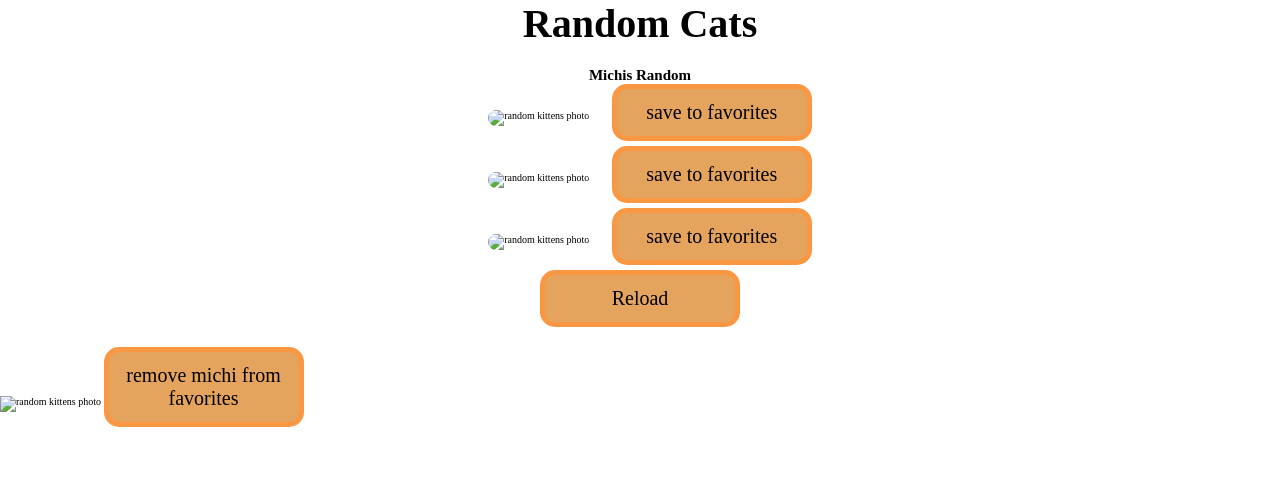
Repository: elto82/ConsumoAPIRESTjs
Page: index.html
The author's editor kept a copy of each file at every save. The page is drawn from the files as they stood at one save, then again after the next save.
The browser window is 1280 px wide. The pictures show the whole page.
The page's requests for data from a server got no answer.

Above is the page before, as saved 2022-07-02 20:11:19.

### index.html
<!DOCTYPE html>
<html lang="en">

<head>
  <meta charset="UTF-8">
  <meta http-equiv="X-UA-Compatible" content="IE=edge">
  <meta name="viewport" content="width=device-width, initial-scale=1.0">
  <title>Random Cats</title>
  <link rel="stylesheet" href="style.css">
</head>

<body>
  <header>
    <h1>Random Cats</h1>
  </header>
  <section id="randomMichis" class="container">
    <h2>Michis Random</h2>
    <article>
      <img id="img1" alt="random kittens photo" class="image">
      <button class="random-cat-button" onclick="reload()">save to favorites</button>
    </article>
    <article>
      <img id="img2" alt="random kittens photo" class="image">
      <button class="random-cat-button" onclick="reload()">save to favorites</button>
    </article>
    <article>
      <img id="img3" alt="random kittens photo" class="image">
      <button class="random-cat-button" onclick="reload()">save to favorites</button>
    </article>
    <button class="random-cat-button" onclick="reload()">Reload</button>
  </section>
  <section id="favoritesMichis">
    <article>
      <img id="img3" alt="random kittens photo" class="image">
      <button class="random-cat-button" onclick="reload()">remove michi from favorites</button>
    </article>
  </section>
  <script src="./main.js"></script>
</body>

</html>

### style.css
* {
  box-sizing: border-box;
  margin: 0px;
  padding: 0px;
}
html {
  font-size: 62.5%;
}
body {
  font-family: 'Square Peg', cursive;
}
header {
  display: flex;
  justify-content: center;
}
h1 {
  font-size: 4rem;
}
.container {
  display: flex;
  flex-direction: column;
  justify-content: center;
  place-items: center;
  padding: 20px;
}
.container .image {
  border-radius: 20px;
  margin: 20px;
  width: 80%;
  height: auto;
}
.random-cat-button {
  align-items: center;
  background-color: rgb(228, 164, 94);
  border: 5px solid rgb(249, 151, 66);
  border-radius: 15px;
  cursor: pointer;
  font-family: 'Pacifico', cursive;
  font-size: 2rem;
  padding: 12px;
  width: 200px;
  height: auto;
}
.random-cat-button:hover {
  border: 5px solid rgb(228, 164, 94);
  background-color: rgb(227, 141, 67);
}

### main.js
/*--------------------------------------------- endpoint
const API_URL = "https://api.thecatapi.com/v1/images/search"; */
/* --------------------------------------------------------query parameters */
const API_URL = "https://api.thecatapi.com/v1/images/search?limit=3&api_key=11fb4c78-96c8-403c-b282-b8c4d38b4b60";

async function reload() {
  const res = await fetch(API_URL);
  const data = await res.json();

  console.log(data);
  const img1 = document.getElementById("img1");
  const img2 = document.getElementById("img2");
  const img3 = document.getElementById("img3");

  img1.src = data[0].url;
  img2.src = data[1].url;
  img3.src = data[2].url;
}
reload();

After the next save:
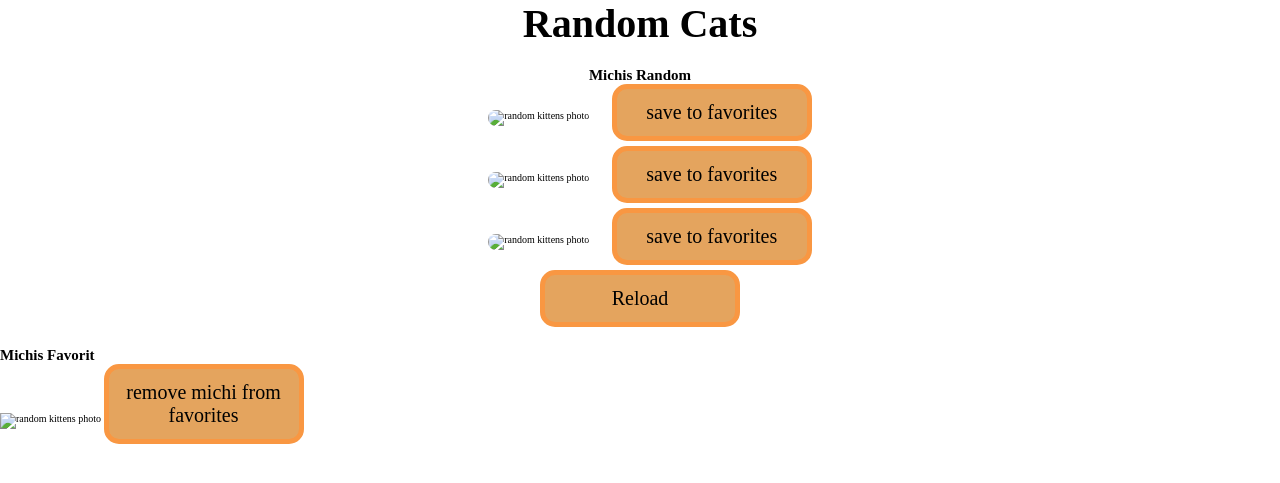
Saved 52 s later.
--- a/index.html
+++ b/index.html
@@ -30,6 +30,7 @@
     <button class="random-cat-button" onclick="reload()">Reload</button>
   </section>
   <section id="favoritesMichis">
+    <h2>Michis Favorit</h2>
     <article>
       <img id="img3" alt="random kittens photo" class="image">
       <button class="random-cat-button" onclick="reload()">remove michi from favorites</button>
